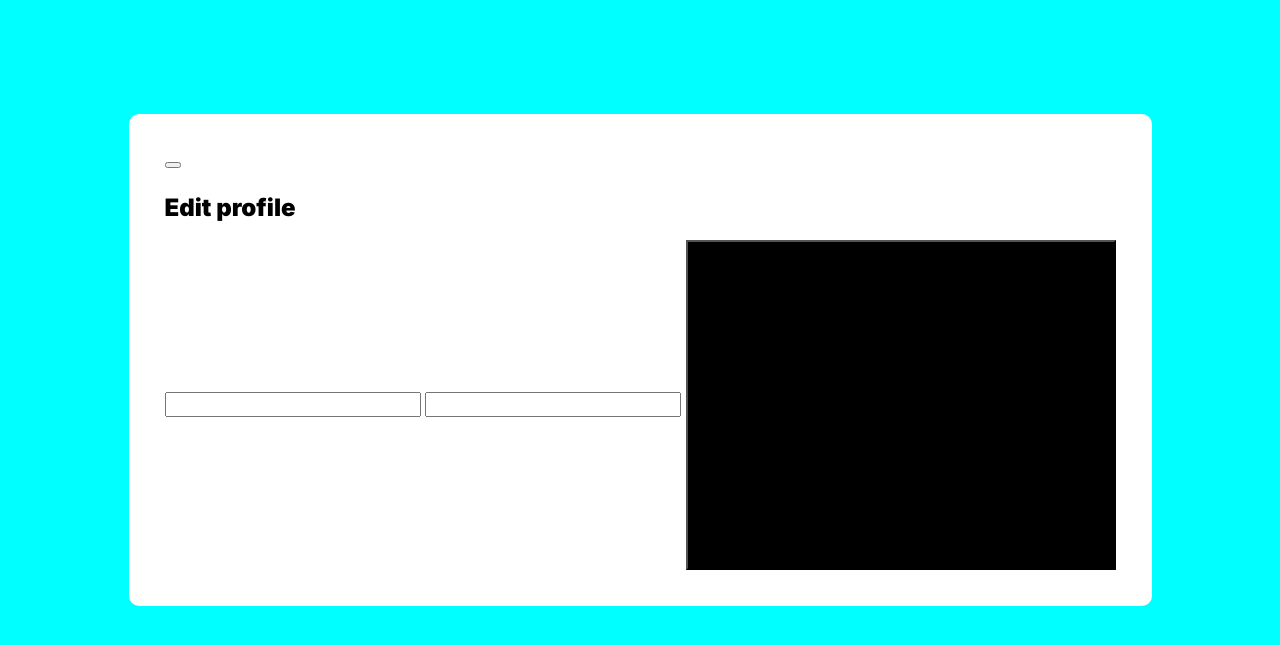
Repository: luisbaezx/se_project_aroundtheus
Page: index.html
An editor plug-in stored every save of this project. The page is shown before and after the next save, followed by the edit.
The browser window is 1280 px wide. The pictures show the window.
A layer covers the whole window, so only the first screen is drawn.

Above is the page before, as saved 2024-09-15 14:58:43.

### index.html
<!DOCTYPE html>
<html lang="en">
  <head>
    <meta charset="UTF-8" />
    <meta name="viewport" content="width=device-width, initial-scale=1" />
    <title>Around the U.S</title>
    <meta name="author" content="Luis Baez" />
    <link rel="stylesheet" href="pages/index.css" />
  </head>
  <body class="page">
    <div class="page__content">
      <header class="header page__section">
        <img
          src="./images/logo.svg"
          alt="Around the U.S. Logo"
          class="header__image"
        />
      </header>
      <main class="content">
        <section class="profile page__section">
          <img
            src="./images/jacques-cousteau.jpg"
            alt="Avatar"
            class="profile__image"
          />
          <div class="profile__info">
            <h1 class="profile__title">Jacques Cousteau</h1>
            <button class="profile__edit-button" type="button"></button>
            <p class="profile__description">Explorer</p>
          </div>
          <button class="profile__add-button" type="button"></button>
        </section>
        <section class="cards page__section">
          <ul class="cards__list">
            <li class="card">
              <img
                src="./images/yosemite.jpg"
                alt="Yosemite"
                class="card__image"
              />
              <div class="card__description">
                <h2 class="card__title">Yosemite Valley</h2>
                <button class="card__like-button" type="button"></button>
              </div>
            </li>
            <li class="card">
              <img
                src="./images/lake-louise.jpg"
                alt="Lake Louise"
                class="card__image"
              />
              <div class="card__description">
                <h2 class="card__title">Lake Louise</h2>
                <button class="card__like-button" type="button"></button>
              </div>
            </li>
            <li class="card">
              <img
                src="./images/bald-mountains.jpg"
                alt="Bald Mountains"
                class="card__image"
              />
              <div class="card__description">
                <h2 class="card__title">Bald Mountains</h2>
                <button class="card__like-button" type="button"></button>
              </div>
            </li>
            <li class="card">
              <img
                src="./images/latemar.jpg"
                alt="Laterman"
                class="card__image"
              />
              <div class="card__description">
                <h2 class="card__title">Latemar</h2>
                <button class="card__like-button" type="button"></button>
              </div>
            </li>
            <li class="card">
              <img
                src="./images/vanoise.jpg"
                alt="Vanoise"
                class="card__image"
              />
              <div class="card__description">
                <h2 class="card__title">Vanoise National Park</h2>
                <button class="card__like-button" type="button"></button>
              </div>
            </li>
            <li class="card">
              <img src="./images/lago.jpg" alt="Lago" class="card__image" />
              <div class="card__description">
                <h2 class="card__title">Lago di Braies</h2>
                <button class="card__like-button" type="button"></button>
              </div>
            </li>
          </ul>
        </section>
      </main>
      <footer class="footer">
        <p class="footer__copyright">&copy; 2024 Around The U.S.</p>
      </footer>
    </div>
    <div class="modal">
      <div class="modal__container">
        <button class="modal__close"></button>
        <p class="modal__heading">Edit profile</p>
        <form class="modal__form">
          <input type="text" name="title" />
          <input type="text" name="description" />
          <button class="modal__button">Save</button>
        </form>
      </div>
    </div>
    <script src="./scripts/index.js"></script>
  </body>
</html>

### pages/index.css
@import url("../vendor/normalize.css");
@import url("../vendor/fonts.css");
@import url("../blocks/page.css");
@import url("../blocks/header.css");
@import url("../blocks/profile.css");
@import url("../blocks/cards.css");
@import url("../blocks/card.css");
@import url("../blocks/footer.css");
@import url("../blocks/modal.css");

### blocks/page.css
.page {
  font-family: Inter, Arial, Helvetica, sans-serif;
  background-color: black;
  color: white;
}

.page__section {
  max-width: 880px;
  width: 100%;
  position: relative;
  margin: 0 auto;
}

.page__content {
  display: flex;
  flex-direction: column;
  min-height: 100vh;
  padding: 0 20px;
}
@media screen and (max-width: 450px) {
  .page__section {
    max-width: none;
  }
}

### blocks/header.css
.header {
  margin-top: 45px;
  border-width: 880px;
  border-bottom: 1px solid rgba(84, 84, 84, 0.7);
  padding-bottom: 41px;
}

.header__image {
  width: 173px;
  height: 33px;
}
@media screen and (max-width: 450px) {
  .header {
    margin-top: 28px;
    padding-bottom: 28px;
  }

  .header__image {
    width: 126px;
    height: 24px;
  }
}

### blocks/profile.css
.profile {
  display: flex;
  align-items: center;
  padding-top: 40px;
  min-width: 282px;
}

.profile__info {
  display: grid;
  grid-template-areas:
    "title button"
    "description description";
  grid-template-columns: minmax(auto, 375px) auto;
  margin-right: 12px;
  align-items: center;
  gap: 15px;
}

.profile__edit-button {
  background: transparent url(../images/edit-icon.svg) center no-repeat;
  height: 24px;
  width: 24px;
  grid-area: button;
  border: 1px white solid;
  white-space: nowrap;
  overflow: hidden;
}

.profile__edit-button:hover {
  opacity: 0.6;
  cursor: pointer;
}

.profile__add-button {
  background: transparent url(../images/add-icon.svg) center no-repeat;
  width: 150px;
  height: 50px;
  margin-left: auto;
  border: 2px white solid;
  border-radius: 2px;
  transition: opacity 0.3s ease-in;
}

.profile__add-button:hover {
  opacity: 0.6;
  cursor: pointer;
}
.profile__title {
  font-size: 42px;
  line-height: 48px;
  font-weight: 500;
  grid-area: title;
  margin: 0;
  text-overflow: ellipsis;
  white-space: nowrap;
  overflow: hidden;
}

.profile__description {
  font-size: 18px;
  line-height: 22px;
  font-weight: 400;
  grid-area: description;
  margin: 0;
  text-overflow: ellipsis;
  white-space: nowrap;
  overflow: hidden;
  max-width: 370px;
}

.profile__image {
  height: 120px;
  width: 120px;
  border-radius: 50%;
  object-fit: cover;
  object-position: center;
  margin-right: 24px;
}

@media screen and (max-width: 770px) {
  .profile {
    flex-direction: column;
  }

  .profile__info {
    display: flex;
    flex-wrap: wrap;
    justify-content: center;
    width: 100%;
  }

  .profile__description {
    width: 100%;
    text-align: center;
    margin-bottom: 40px;
  }

  .profile__add-button {
    margin: 0;
    width: 80%;
  }
}

@media screen and (max-width: 450px) {
  .profile {
    justify-content: space-around;
    padding-top: 42;
  }
  .profile__title {
    font-size: 22px;
  }

  .profile__description {
    font-size: 14px;
    line-height: 16.94px;
    margin-bottom: 36px;
  }

  .profile__edit-button {
    width: 18px;
    height: 18px;
    display: flex;
    justify-content: flex-end;
  }

  .profile__add-button {
    width: 282px;
  }

  .profile__image {
    margin: 0;
    min-width: auto;
  }
}

### blocks/cards.css
.cards {
  margin-top: 30px;
  border-radius: 10px;
}

.card__list {
  display: grid;
  justify-content: center;
  grid-template-columns: repeat(auto-fit, 282px);
  grid-gap: 20px 17px;
  padding: 0;
  margin: 0;
}

.card {
  display: flex;
  flex-direction: column;
  list-style: none;
  border-radius: 10px;
  overflow: hidden;
}

.card__image {
  width: 282px;
  height: 282px;
}

.card__title {
  max-width: 220px;
  font-size: 24px;
  font-weight: 900;
  line-height: 29px;
  text-overflow: ellipsis;
  white-space: nowrap;
  overflow: hidden;
  margin: 0;
}

.card__description {
  display: flex;
  background-color: white;
  color: black;
  padding-top: 25px;
  padding-bottom: 25px;
  padding-left: 20px;
  padding-right: 20px;
  align-items: center;
  justify-content: space-between;
}

.card__like-button {
  background: transparent url(../images/like-inactive.svg) center no-repeat;
  width: 21px;
  height: 18px;
  border: none;
  transition: opacity 0.3s ease;
}

.card__like-button:hover {
  opacity: 0.5;
}

### blocks/card.css
.card {
  display: flex;
  flex-direction: column;
  list-style: none;
  border-radius: 10px;
  overflow: hidden;
}

.card__image {
  width: 282px;
  height: 282px;
}

.card__title {
  max-width: 220px;
  font-size: 24px;
  font-weight: 900;
  line-height: 29px;
  text-overflow: ellipsis;
  white-space: nowrap;
  overflow: hidden;
  margin: 0;
}

.card__description {
  display: flex;
  background-color: white;
  color: black;
  padding-top: 25px;
  padding-bottom: 25px;
  padding-left: 20px;
  padding-right: 20px;
  align-items: center;
  justify-content: space-between;
}

.card__like-button {
  background: transparent url(../images/like-active.svg) center no-repeat;
  width: 21px;
  height: 18px;
  border: none;
  transition: opacity 0.3s ease-in;
}

.card__like-button:hover {
  opacity: 0.5;
  cursor: pointer;
}

### blocks/footer.css
.footer {
  width: 100%;
  max-width: 880px;
  margin: 0 auto;
  text-align: left;
}

.footer__copyright {
  color: #545454;
  margin-left: auto;
  margin-right: auto;
  margin-top: 67px;
}

@media screen and (max-width: 600px) {
  .footer {
    max-width: 282px;
  }

  .footer__copyright {
    font-size: 14px;
    margin-top: 40px;
    margin-bottom: 36px;
  }
}

### blocks/modal.css
.modal {
  position: fixed;
  top: 0;
  left: 0;
  bottom: 0;
  right: 0;
  background-color: aqua;
  z-index: 999;
  display: flex;
}

.modal__container {
  background-color: #fff;
  margin: auto;
  padding: 36px;
  border-radius: 10px;
}

.modal__heading {
  color: black;
  width: 330px;
  height: 23px;
  top: 229px;
  left: 461px;
  gap: 0px;
  opacity: 0px;
  font-family: Inter;
  font-size: 24px;
  font-weight: 900;
  line-height: 29.05px;
  text-align: left;
}

.modal__button {
  width: 430px;
  height: 330px;
  top: 195px;
  left: 425px;
  gap: 0px;
  border: 1px 0px 0px 0px;
  opacity: 0px;
  background-color: black;
}

### scripts/index.js
const initialCards = [
  {
    name: "Yosimite Valley",
    link: "https://practicum-content.s3.us-west-1.amazonaws.com/software-engineer/around-project/yosemite.jpg",
  },
  {
    name: "Lake Louise",
    link: "https://practicum-content.s3.us-west-1.amazonaws.com/software-engineer/around-project/lake-louise.jpg",
  },
  {
    name: "Bald Mountains",
    link: "https://practicum-content.s3.us-west-1.amazonaws.com/software-engineer/around-project/bald-mountains.jpg",
  },
  {
    name: "Latemar",
    link: "https://practicum-content.s3.us-west-1.amazonaws.com/software-engineer/around-project/latemar.jpg",
  },
  {
    name: "Vanoise National Park",
    link: "https://practicum-content.s3.us-west-1.amazonaws.com/software-engineer/around-project/vanoise.jpg",
  },
  {
    name: "Lago di Braies",
    link: "https://practicum-content.s3.us-west-1.amazonaws.com/software-engineer/around-project/lago.jpg",
  },
];

console.log(initialCards);

Loaded but not shown: vendor/normalize.css (library); vendor/fonts.css (common file)

After the next save:
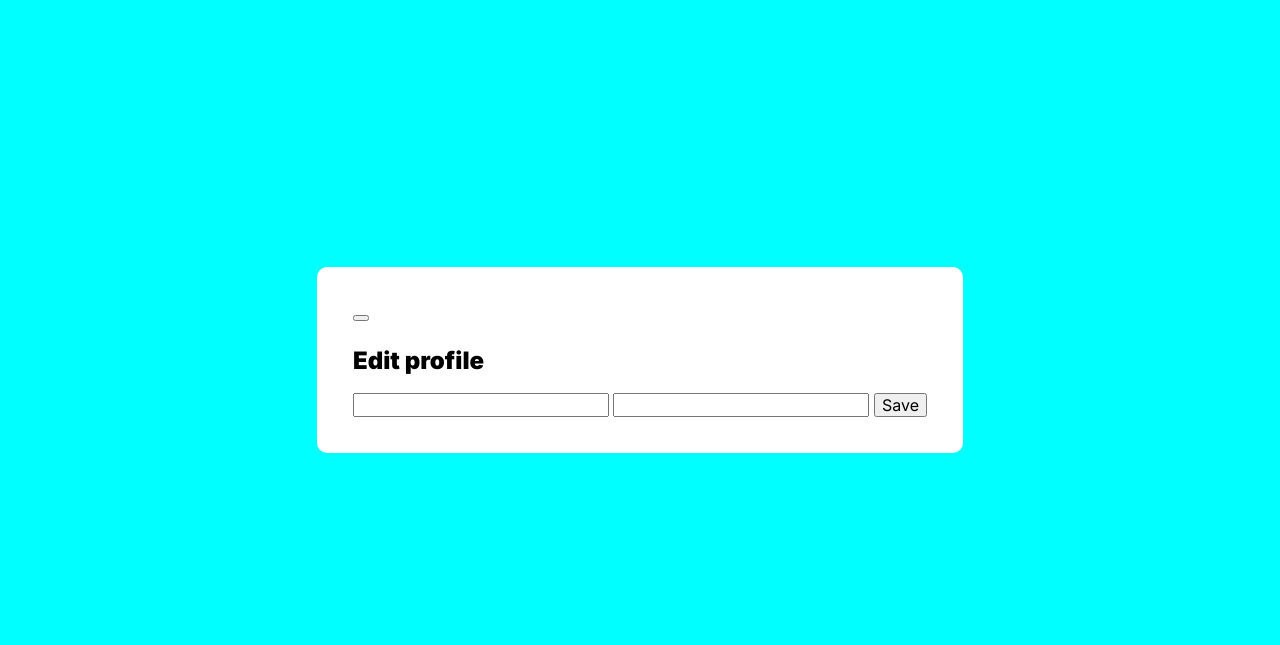
Saved 85 s later.
--- a/blocks/modal.css
+++ b/blocks/modal.css
@@ -32,12 +32,4 @@
 }
 
 .modal__button {
-  width: 430px;
-  height: 330px;
-  top: 195px;
-  left: 425px;
-  gap: 0px;
-  border: 1px 0px 0px 0px;
-  opacity: 0px;
-  background-color: black;
 }
